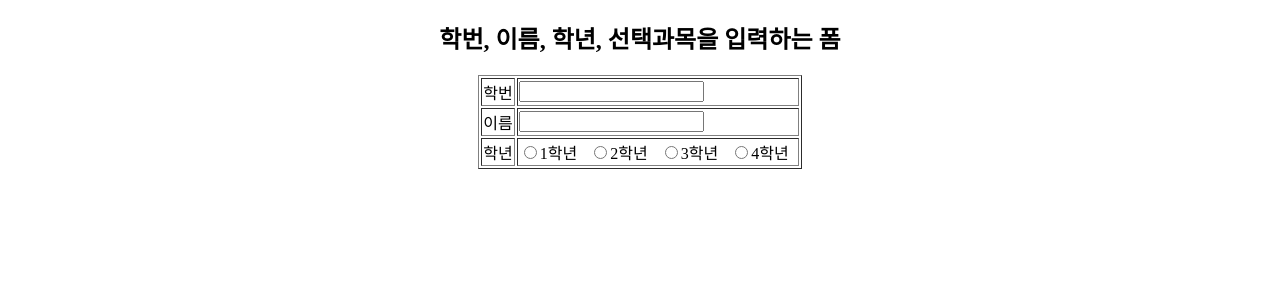
Repository: Hara-JS/hara
Page: http://localhost/jsp_01_basic_test/_05_session/_07_multiplexForm.jsp
An editor plug-in stored every save of this project. The page is shown before and after the next save, followed by the edit.
The browser window is 1280 px wide. The pictures show the whole page.
The page is served by Tomcat 9.

Above is the page before, as saved 2024-08-12 08:39:45.

### 새 폴더/jsp_01_basic_test/src/main/webapp/_05_session/_07_multiplexForm.jsp
<%@ page language="java" contentType="text/html; charset=UTF-8"
	pageEncoding="UTF-8"%>
<!DOCTYPE html>
<html>
<head>
<meta charset="UTF-8">
<title>Insert title here</title>
</head>
<body>

	<div align="center">
		<h2>학번, 이름, 학년, 선택과목을 입력하는 폼</h2>

		<form method="post" action="_07_muliplexPro.jsp">
			<table border="1">
				<tr>
					<td>학번</td>
					<td><input type="text" name="num"></td>
				</tr>
				<tr>
					<td>이름</td>
					<td><input type="text" name="name"></td>
				</tr>
				<tr>
					<td>학년</td>
					<td>
						<input type="radio" name="grade" value="1">1학년 &nbsp;
						<input type="radio" name="grade" value="2">2학년 &nbsp;
						<input type="radio" name="grade" value="3">3학년 &nbsp;
						<input type="radio" name="grade" value="4">4학년 &nbsp;
					</td>
				</tr>


			</table>





		</form>


	</div>



</body>
</html>

After the next save:
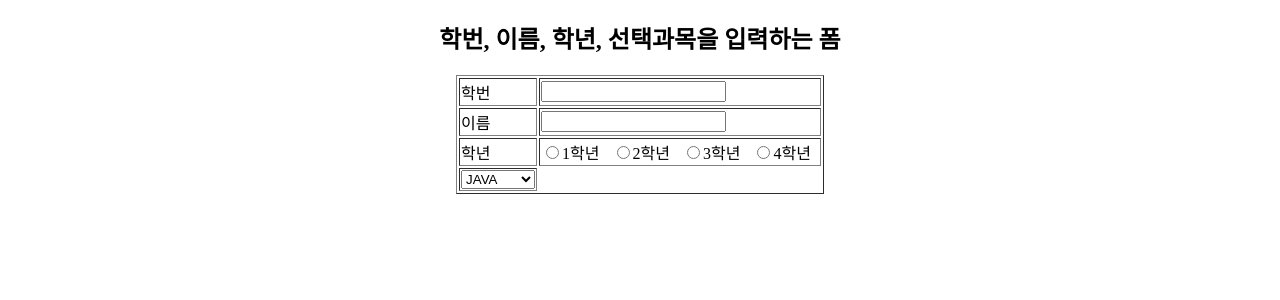
Saved 3 min 34 s later.
--- a/새 폴더/jsp_01_basic_test/src/main/webapp/_05_session/_07_multiplexForm.jsp
+++ b/새 폴더/jsp_01_basic_test/src/main/webapp/_05_session/_07_multiplexForm.jsp
@@ -30,6 +30,15 @@
 						<input type="radio" name="grade" value="4">4학년 &nbsp;
 					</td>
 				</tr>
+				<tr>
+					<td>
+						<select name="subject">
+							<option value="JAVA">JAVA</option>
+							<option value="JSP">JSP</option>
+							<option value="SPRING">SPRING</option>
+						</select>
+					</td>
+				</tr>
 
 
 			</table>
